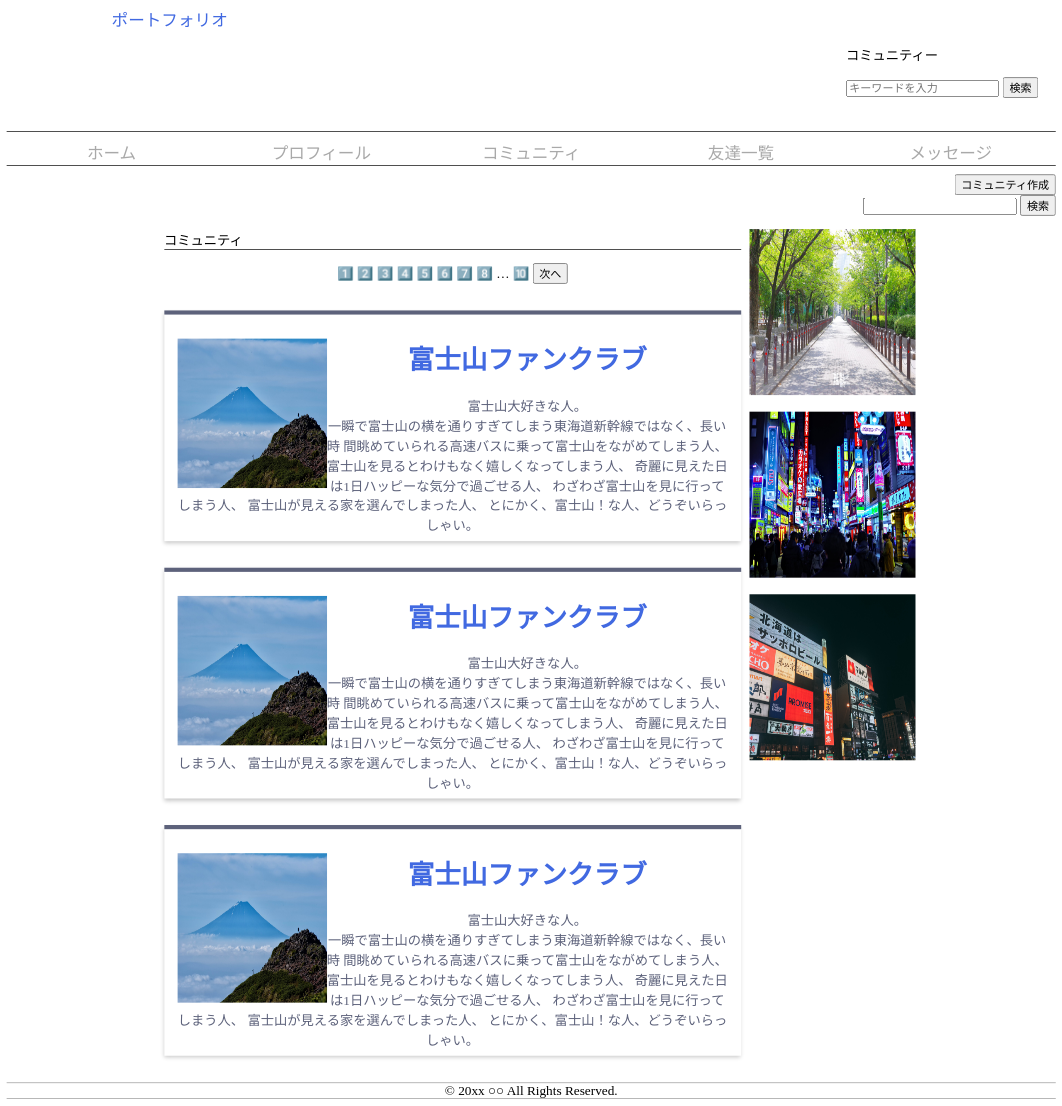
Repository: yuukiabc/samurai_PHP
Page: CM.html
The author's editor kept a record of every edit. The page is drawn from the files as they stood at one moment, then again after the next edit.
The browser window is 1280 px wide. The pictures show the whole page, at 83% of full size.

Above is the page before.

### CM.html
<!DOCTYPE html>
<html>
    <head><meta charset="UTF-8">
        <title>sns</title>
        <link rel="stylesheet"type="text/css"href="CM.css">
    </head>
    <body>

            <div class="f">
                <a href="HP.html">ポートフォリオ</a>
                <div class="e">
                    <p>コミュニティー</p>
                    <input type="search" name="search" placeholder="キーワードを入力">
                    <input type="submit" name="submit" value="検索">
                </div>
            </div>

            <div class="d">
                <ul>
                    <li><a href="HP.html">ホーム</a></li>
                    <li><a href="PF.html">プロフィール</a></li>
                    <li><a href="CM.html">コミュニティ</a></li>
                    <li><a href="Friends list.html">友達一覧</a></li>
                    <li><a href="message.html">メッセージ</a></li>
                </ul>
            </div>
            <div class="menu"></div>
            <div class="h">
                <div align='right' class="i">
                    <input type="submit" value="コミュニティ作成">
                    <form>
                        <input type="search" name="search">
                        <input type="submit" name="submit" value="検索">
                    </form>
                </div>
            <div class="c">
                <p class="border"align="left">コミュニティ</p>

                <p>
                    <a href="#">1️⃣ </a>
                    <a href="#">2️⃣ </a>
                    <a href="#">3️⃣ </a>
                    <a href="#">4️⃣ </a>
                    <a href="#">5️⃣ </a>
                    <a href="#">6️⃣ </a>
                    <a href="#">7️⃣ </a>
                    <a href="#">8️⃣ </a>…
                    <a href="#">🔟 </a>
                    <input type="submit" value="次へ">
                </p>

            <div class="kakomi-box8">
                <a href="CMTP.html"><img src="1.jpg"alt="写真"width="180" height="180"align="left"></a>
                <a href="CMTP.html">
                <h1>富士山ファンクラブ</h1>
                </a>
                <p>
                    富士山大好きな人。<br>
                    一瞬で富士山の横を通りすぎてしまう東海道新幹線ではなく、長い時
                    間眺めていられる高速バスに乗って富士山をながめてしまう人、
                    富士山を見るとわけもなく嬉しくなってしまう人、
                    奇麗に見えた日は1日ハッピーな気分で過ごせる人、
                    わざわざ富士山を見に行ってしまう人、
                    富士山が見える家を選んでしまった人、
                    とにかく、富士山！な人、どうぞいらっしゃい。
                </p>
            </div>
            <div class="kakomi-box8">
                <a href="CMTP.html"><img src="1.jpg"alt="写真"width="180" height="180"align="left"></a>
                <a href="CMTP.html">
                    <h1>富士山ファンクラブ</h1>
                </a>
                <p>
                    富士山大好きな人。<br>
                    一瞬で富士山の横を通りすぎてしまう東海道新幹線ではなく、長い時
                    間眺めていられる高速バスに乗って富士山をながめてしまう人、
                    富士山を見るとわけもなく嬉しくなってしまう人、
                    奇麗に見えた日は1日ハッピーな気分で過ごせる人、
                    わざわざ富士山を見に行ってしまう人、
                    富士山が見える家を選んでしまった人、
                    とにかく、富士山！な人、どうぞいらっしゃい。
                </p>
            </div>
            <div class="kakomi-box8">
                <a href="CMTP.html"><img src="1.jpg"alt="写真"width="180" height="180"align="left"></a>
                <a href="CMTP.html">
                    <h1>富士山ファンクラブ</h1>
                </a>
                <p>
                    富士山大好きな人。<br>
                    一瞬で富士山の横を通りすぎてしまう東海道新幹線ではなく、長い時
                    間眺めていられる高速バスに乗って富士山をながめてしまう人、
                    富士山を見るとわけもなく嬉しくなってしまう人、
                    奇麗に見えた日は1日ハッピーな気分で過ごせる人、
                    わざわざ富士山を見に行ってしまう人、
                    富士山が見える家を選んでしまった人、
                    とにかく、富士山！な人、どうぞいらっしゃい。
                </p>
            </div>
            </div>
            <div class="a">
                <p>
                    <img src="8.jpg"alt="写真">
                </p>
                <p>
                    <img src="9.jpg"alt="写真">
                </p>
                <p>
                    <img src="10.jpg"alt="写真">
                </p>
            </div>
        </div>
        <div class="g">
            <p>&copy; 20xx ○○ All Rights Reserved.</p>
        </div>
    </body>
</html>

### CM.css
.border{
    border-bottom: 1px solid  #2b2b2b;
}
a {
    text-decoration: none;
}
.f a {
  margin-left: 10%;
  text-decoration: none;
  font-size: 20px;
  color: #4169e1;
}
.kakomi-box8 {
    padding: 0.5em 1em;
    margin: 2em 0;
    color: #5d627b;
    background: white;
    border-top: solid 5px #5d627b;
    box-shadow: 0 3px 5px rgba(0, 0, 0, 0.22);
}
.kakomi-box8 p {
    margin: 0;
    padding: 0;
}
.kakomi-box8 a{
    color: #4169e1;
}
.f{
    border-bottom: 1px solid #2b2b2b;
    height:150px;
}
.e{
    margin-left:80%;
}
.d{
    align-content: center;
    width: 100%;
    display: block;
    margin-left: auto;
    margin-right: auto;
    overflow: hidden;

}
.d ul{
    list-style-type:none;
    padding:0;
    margin:0;
}
.d ul li{
    float: left;
    text-align:center;
    width:20%;
}
.d ul li a{

    display:block;
    height:20px;
    padding:10px;
    text-decoration: none;
    color:#a9a9a9;
    font-size:20px;
    margin:0;
}
.d ul li a:hover{
    filter:drop-shadow(10px 10px 10px black);
}
.menu{
    border-top: 1px solid #2b2b2b;
}
.h{
    overflow: hidden;
}
.a{
    height:100%;
    width:15%;
    float:left;
    padding-left:10px;
    box-sizing: border-box;
}
.a img{
    height:200px;
    width:200px;
}
.g{
    border-top: 1px solid #a9a9a9;
    border-bottom: 1px solid #a9a9a9;
    text-align:center;
}
.g p{
    margin:0;
}
.c{
    height:100%;
    width:55%;
    float:left;
    text-align:center;
    padding-left:15%;
}
.i{
    padding-top:10px;
}
.c form{
    background-color:#faf0e6;
    padding-top:10px;
    padding-bottom:10px;
}

After the next edit:
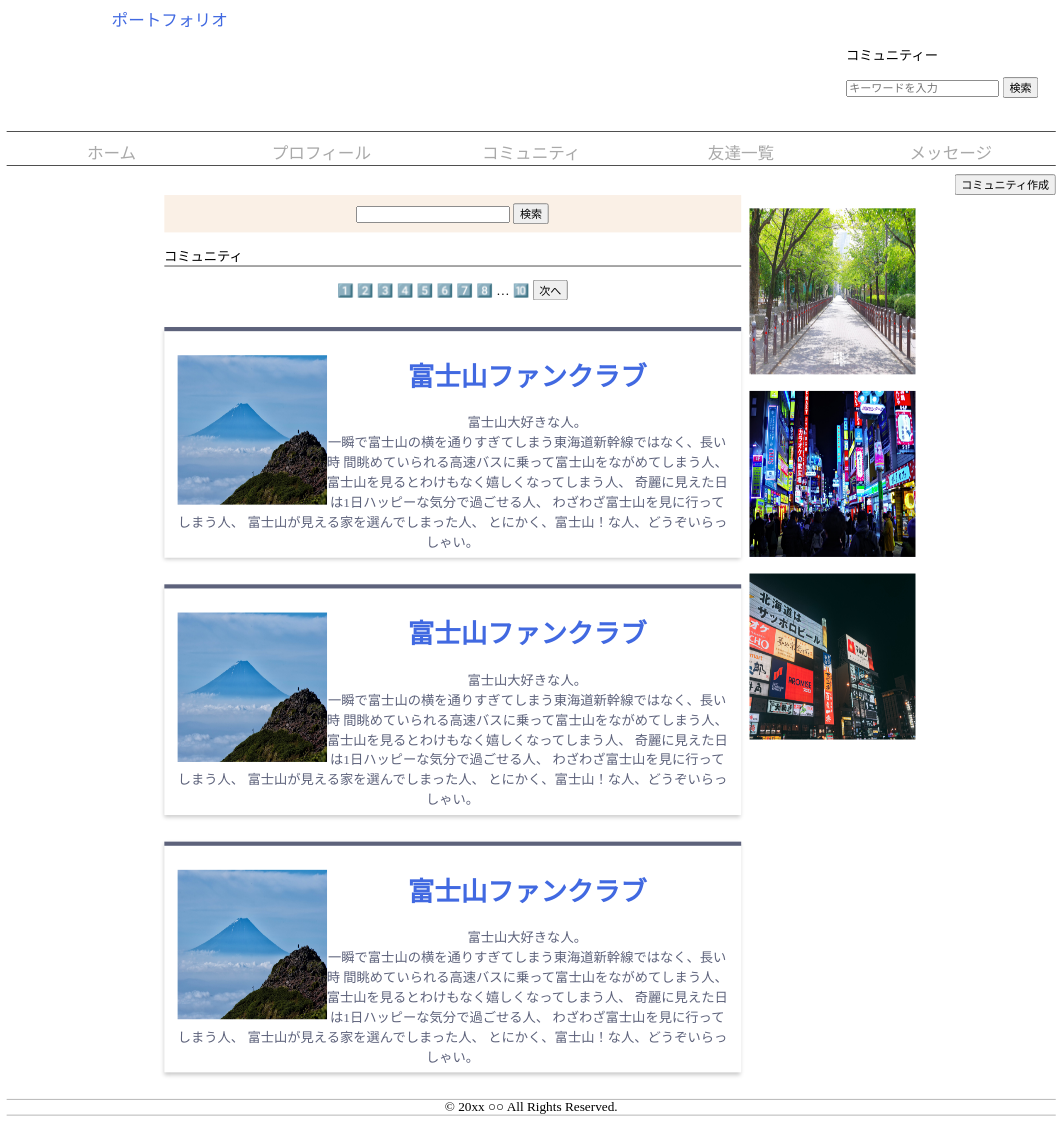
The edit:
--- a/CM.html
+++ b/CM.html
@@ -28,12 +28,12 @@
             <div class="h">
                 <div align='right' class="i">
                     <input type="submit" value="コミュニティ作成">
-                    <form>
+                </div>
+            <div class="c">
+                <form>
                         <input type="search" name="search">
                         <input type="submit" name="submit" value="検索">
-                    </form>
-                </div>
-            <div class="c">
+                </form>
                 <p class="border"align="left">コミュニティ</p>
 
                 <p>
